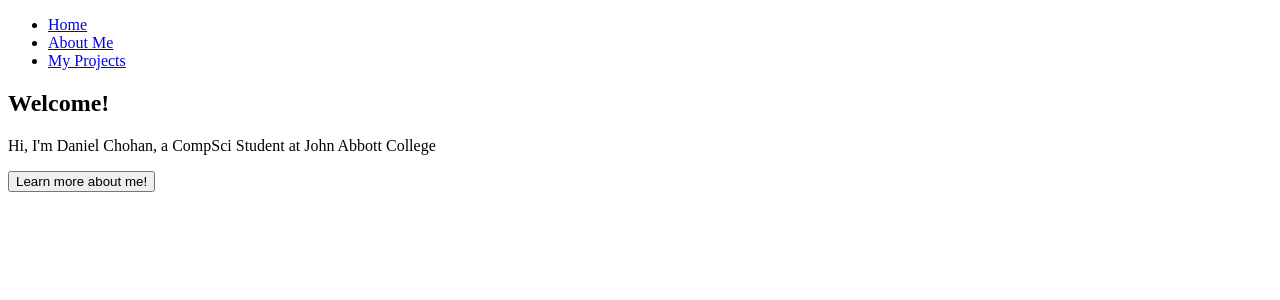
Repository: danielchohan/danielchohan
Page: index.html
These files come from the project's save history. The page is drawn as it stood at one moment and after the next save; the edit follows.
The browser window is 1280 px wide. The pictures show the whole page.

Above is the page before, as saved 2026-05-06 14:46:36.

After the next save:
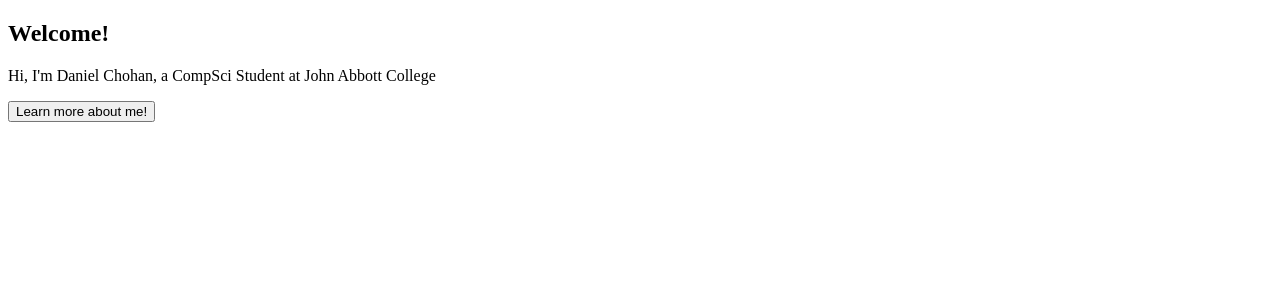
Saved 9 s later.
--- a/index.html
+++ b/index.html
@@ -11,7 +11,7 @@
 
     <!-- Nav Bar-->
 <nav Class ="TopBar">
-<UL>
+<UL class="navlinks">
     <li><a href="index.html">Home</a></li>
     <li><a href="AboutMe.html">About Me</a></li>
     <li><a href="Projects.html">My Projects</a></li>
